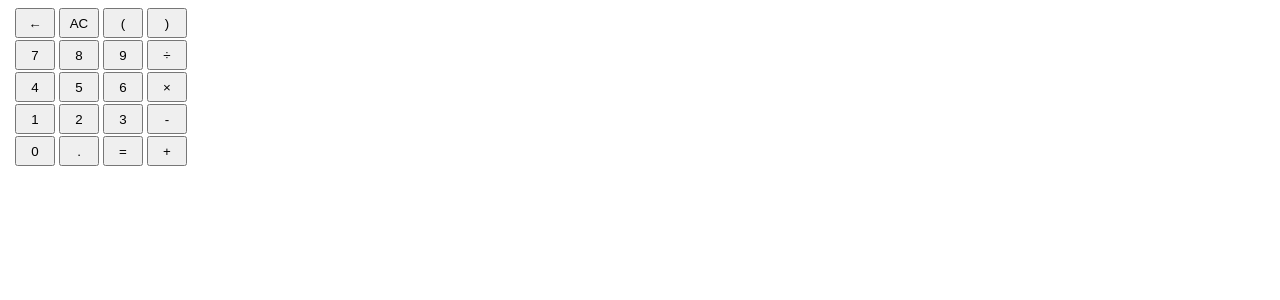
Repository: z1youRA/MyCalculator
Page: index.html
An editor plug-in stored every save of this project. The page is shown before and after the next save, followed by the edit.
The browser window is 1280 px wide. The pictures show the whole page.

Above is the page before, as saved 2021-12-19 14:03:19.

After the next save:
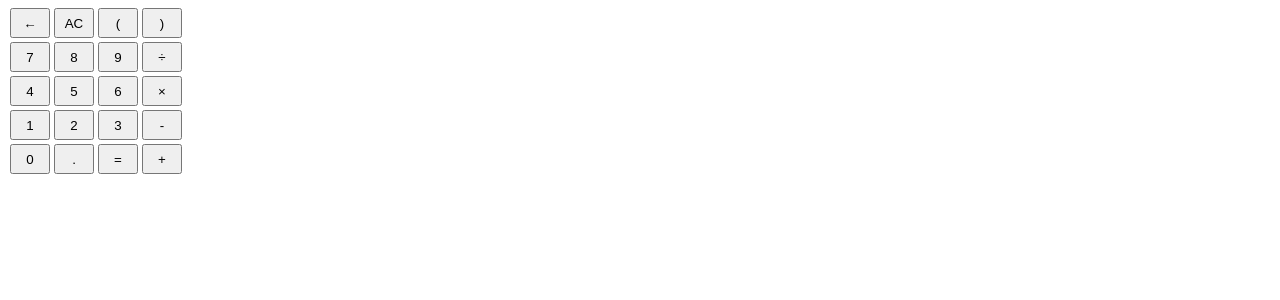
Saved 5 s later.
--- a/css/styles.css
+++ b/css/styles.css
@@ -3,7 +3,7 @@
 }
 
 .row {
-    margin:2px 7px;
+    margin:4px 2px;
 }
 
 
